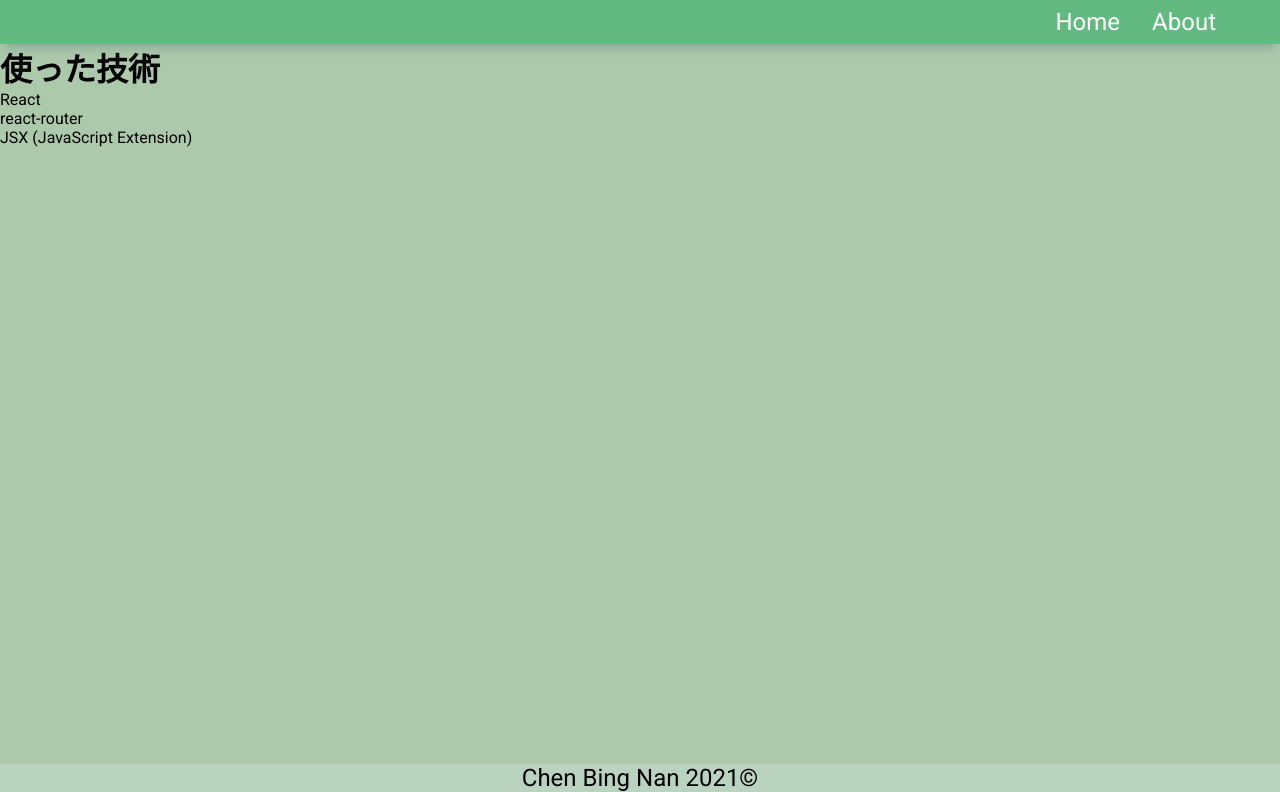
Repository: r1991108/pictureSearchProj
Page: /pictureSearchProj/about
The author's editor kept a copy of each file at every save. The page is drawn from the files as they stood at one save, then again after the next save.
The browser window is 1280 px wide. The pictures show the whole page.
The project was rebuilt for these pictures with package versions that can differ from the ones it lists, and the page was loaded fresh each time. Also part of the build but not shown: src/components/Search.js, src/components/Pictures.js, src/pages/Homepage.js.

Above is the page before, as saved 2021-11-23 21:24:55.

### public/index.html
<!DOCTYPE html>
<html lang="en">

<head>
  <meta charset="utf-8" />
  <!-- <link rel="icon" href="%PUBLIC_URL%/favicon.ico" /> -->
  <meta name="viewport" content="width=device-width, initial-scale=1" />
  <link rel="preconnect" href="https://fonts.googleapis.com">
  <link rel="preconnect" href="https://fonts.gstatic.com" crossorigin>
  <link href="https://fonts.googleapis.com/css2?family=Roboto&display=swap" rel="stylesheet">
  <!-- <meta name="theme-color" content="#000000" /> -->
  <!-- <meta name="description" content="Web site created using create-react-app" /> -->
  <!-- <link rel="apple-touch-icon" href="%PUBLIC_URL%/logo192.png" /> -->
  <!--
      manifest.json provides metadata used when your web app is installed on a
      user's mobile device or desktop. See https://developers.google.com/web/fundamentals/web-app-manifest/
    -->
  <!-- <link rel="manifest" href="%PUBLIC_URL%/manifest.json" /> -->
  <!--
      Notice the use of %PUBLIC_URL% in the tags above.
      It will be replaced with the URL of the `public` folder during the build.
      Only files inside the `public` folder can be referenced from the HTML.

      Unlike "/favicon.ico" or "favicon.ico", "%PUBLIC_URL%/favicon.ico" will
      work correctly both with client-side routing and a non-root public URL.
      Learn how to configure a non-root public URL by running `npm run build`.
    -->
  <title>React App</title>
</head>

<body>
  <noscript>You need to enable JavaScript to run this app.</noscript>
  <div id="root"></div>
  <!--
      This HTML file is a template.
      If you open it directly in the browser, you will see an empty page.

      You can add webfonts, meta tags, or analytics to this file.
      The build step will place the bundled scripts into the <body> tag.

      To begin the development, run `npm start` or `yarn start`.
      To create a production bundle, use `npm run build` or `yarn build`.
    -->
</body>

</html>

### src/App.js
import React from "react";
import Nav from "./components/Nav";
import Footer from "./components/Footer";
import Homepage from "./pages/Homepage";
import About from "./pages/About";
import { Routes, Route } from "react-router";
import "./styles/style.css";

function App() {
  return (
    <div className="App">
      <Nav />
      <Routes>
        <Route path="/pictureSearchProj/" element={<Homepage />} />
        <Route path="/pictureSearchProj/about" element={<About />} />
      </Routes>

      <Footer />
    </div>
  );
}

export default App;

### src/components/Nav.js
import React from "react";
import { Link } from "react-router-dom";

const Nav = () => {
  return (
    <nav>
      <ul>
        <li>
          <Link to="/pictureSearchProj/">Home</Link>
        </li>
        <li>
          {/* use Link to prevent page refreshing */}
          {/* <a href="/about">About</a> */}
          <Link to="/pictureSearchProj/about">About</Link>
        </li>
      </ul>
    </nav>
  );
};

export default Nav;

### src/components/Footer.js
import React from "react";

const Footer = () => {
  return <div className="footer">Chen Bing Nan 2021©</div>;
};

export default Footer;

### src/pages/About.js
import React from "react";

const About = () => {
  return (
    <div style={{ minHeight: "100vh" }}>
      <h1>使った技術</h1>
      <ul>
        <li>React</li>
        <li>react-router</li>
        <li>JSX (JavaScript Extension)</li>
      </ul>
    </div>
  );
};

export default About;

### src/styles/style.css
* {
  margin: 0;
  padding: 0;
  -webkit-box-sizing: border-box;
          box-sizing: border-box;
}

body {
  font-family: "Roboto", sans-serif;
  background-color: #adc9ac;
}

a {
  text-decoration: none;
  color: black;
}

ul {
  list-style-type: none;
}

.morePicture {
  display: -webkit-box;
  display: -ms-flexbox;
  display: flex;
  -webkit-box-pack: center;
      -ms-flex-pack: center;
          justify-content: center;
  -webkit-box-align: center;
      -ms-flex-align: center;
          align-items: center;
  padding: 2rem;
}

.morePicture button {
  padding: 0.25rem 1rem;
  font-size: 2rem;
  border: 3px solid #2b002b;
  background-color: #012e0b;
  cursor: pointer;
  color: white;
}

.morePicture button:hover {
  background-color: #26bc71;
}

.about {
  color: #150748;
  padding-left: 1rem;
}

.about ul {
  padding: 0.25rem 0;
}

.about ul li {
  padding: 0.25rem 0;
}

nav {
  background-color: #63ba80;
  position: -webkit-sticky;
  position: sticky;
  top: 0;
  z-index: 500;
  -webkit-box-shadow: 0 8px 10px -5px #83a492;
          box-shadow: 0 8px 10px -5px #83a492;
}

nav ul {
  display: -webkit-box;
  display: -ms-flexbox;
  display: flex;
  -webkit-box-pack: end;
      -ms-flex-pack: end;
          justify-content: flex-end;
  margin-right: 3rem;
}

nav ul li {
  padding: 0.5rem 1rem;
}

nav ul li a {
  font-size: 1.5rem;
  color: white;
}

.search {
  display: -webkit-box;
  display: -ms-flexbox;
  display: flex;
  -webkit-box-pack: center;
      -ms-flex-pack: center;
          justify-content: center;
  -webkit-box-align: center;
      -ms-flex-align: center;
          align-items: center;
  padding: 3rem 0rem;
}

.search input,
.search button {
  font-size: 2rem;
  padding: 0.25rem;
  border: 3px solid #2b002b;
}

.search button {
  background-color: #044323;
  color: white;
  cursor: pointer;
}

.search button:hover {
  background-color: #26bc71;
}

@media screen and (max-width: 428px) {
  .search {
    padding-top: 1rem;
    padding-bottom: 0rem;
  }
  .search input,
  .search button {
    font-size: 1.5rem;
    padding: 0.25rem;
    border: 2px solid #2b002b;
  }
}

.footer {
  display: -webkit-box;
  display: -ms-flexbox;
  display: flex;
  -webkit-box-pack: center;
      -ms-flex-pack: center;
          justify-content: center;
  -webkit-box-align: center;
      -ms-flex-align: center;
          align-items: center;
  font-size: 1.5rem;
  background-color: #bad3c0;
}

.pictures {
  display: -webkit-box;
  display: -ms-flexbox;
  display: flex;
  -ms-flex-wrap: wrap;
      flex-wrap: wrap;
  -webkit-box-pack: center;
      -ms-flex-pack: center;
          justify-content: center;
  -webkit-box-align: center;
      -ms-flex-align: center;
          align-items: center;
}

.pictures .picture {
  padding: 1rem;
  width: 400px;
}

.pictures .picture .imageContainer {
  overflow: hidden;
  height: 40vh;
}

.pictures .picture .imageContainer img {
  width: 100%;
  height: 100%;
  -o-object-fit: cover;
     object-fit: cover;
  -webkit-transition: all 0.3s ease;
  transition: all 0.3s ease;
}

.pictures .picture .imageContainer img:hover {
  -webkit-transform: scale(1.25);
          transform: scale(1.25);
  cursor: pointer;
}

@media screen and (max-width: 428px) {
  .morePicture {
    padding: 1rem;
  }
  .morePicture button {
    padding: 0rem 1rem;
    font-size: 2rem;
    border: 2px solid #2b002b;
  }
}
/*# sourceMappingURL=style.css.map */

Loaded but not shown: src/index.js (common file)

After the next save:
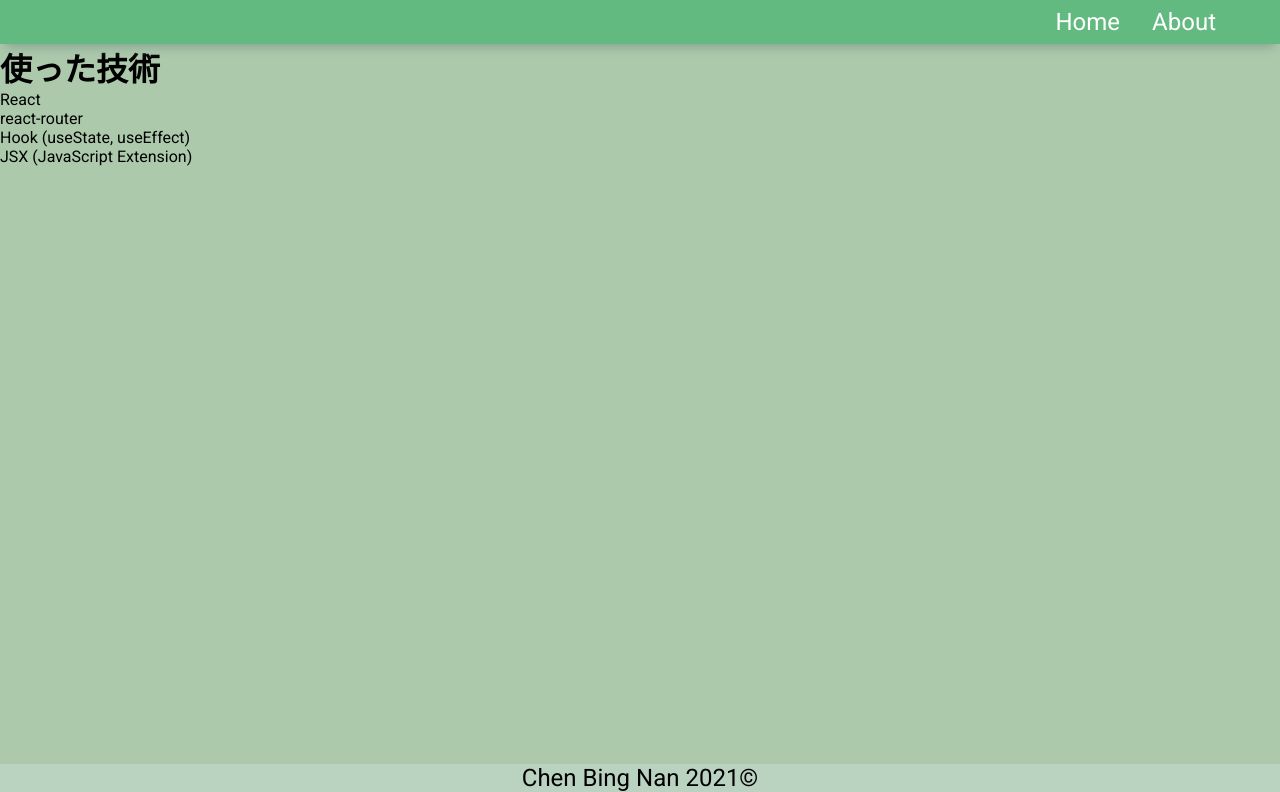
Saved 2 min 10 s later.
--- a/src/pages/About.js
+++ b/src/pages/About.js
@@ -7,6 +7,7 @@ const About = () => {
       <ul>
         <li>React</li>
         <li>react-router</li>
+        <li>Hook (useState, useEffect)</li>
         <li>JSX (JavaScript Extension)</li>
       </ul>
     </div>
